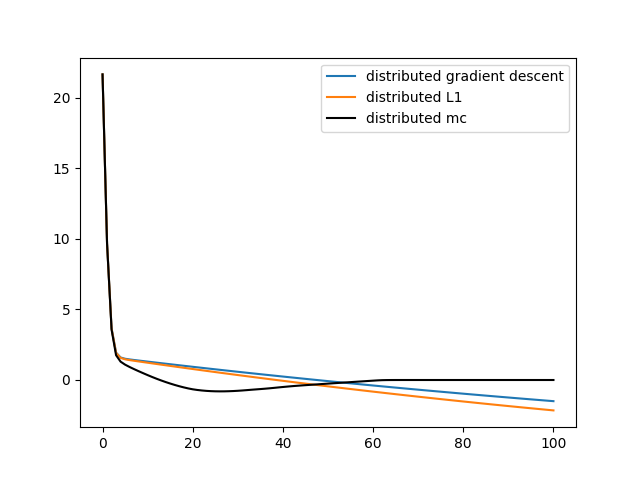
Repository: komuro-zero/distributed-optimization
Script's output: python main_weakly_sparse.py
These files come from the project's save history. The script's output is drawn as it stood at one moment and after the next save; the edit follows.
Random numbers start from a fixed seed.

Above is the script's output before, as saved 2019-09-27 09:37:14.

After the next save:
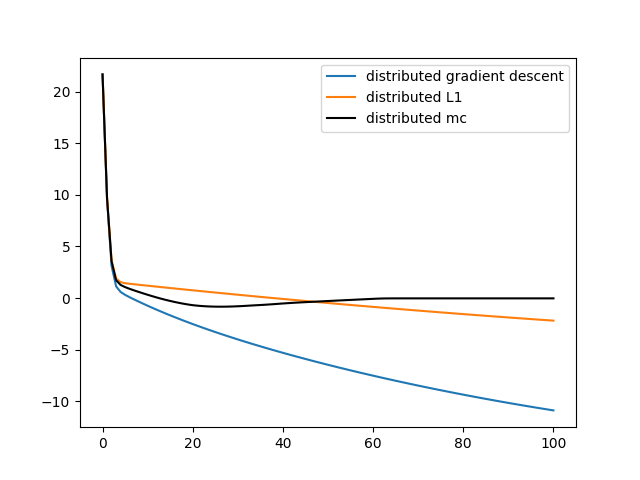
Saved 49 s later.
--- a/main_weakly_sparse.py
+++ b/main_weakly_sparse.py
@@ -53,7 +53,7 @@ class distributed_updates(functions):
         #self.distributed_gradient_descent_wj(U_all,d_all,w_star,L2,self.N,self.m,self.r_i,0.25,self.iteration,c,w_all,wcgd)
         #self.distributed_L1_wj(U_all,d_all,w_star,L2,self.N,self.m,self.r_i,10**-4,0.24,self.iteration,c,w_all,wcl1)
         #self.distributed_mc_wj(U_all,d_all,w_star,L2,self.N,self.m,self.r_i,self.lamb,self.eta,self.rho,self.iteration,c,w_all,wcmc)
-        self.distributed_gradient_descent(U_all,d_all,w_star,L2,self.N,self.m,self.r_i,0.0021,self.iteration,c,w_all)
+        self.distributed_gradient_descent(U_all,d_all,w_star,L2,self.N,self.m,self.r_i,0.021,self.iteration,c,w_all)
         self.distributed_L1(U_all,d_all,w_star,L2,self.N,self.m,self.r_i,10**-4,0.0024,self.iteration,c,w_all)
         self.distributed_mc(U_all,d_all,w_star,L2,self.N,self.m,self.r_i,self.lamb,self.eta,self.rho,self.iteration,c,w_all)
 
